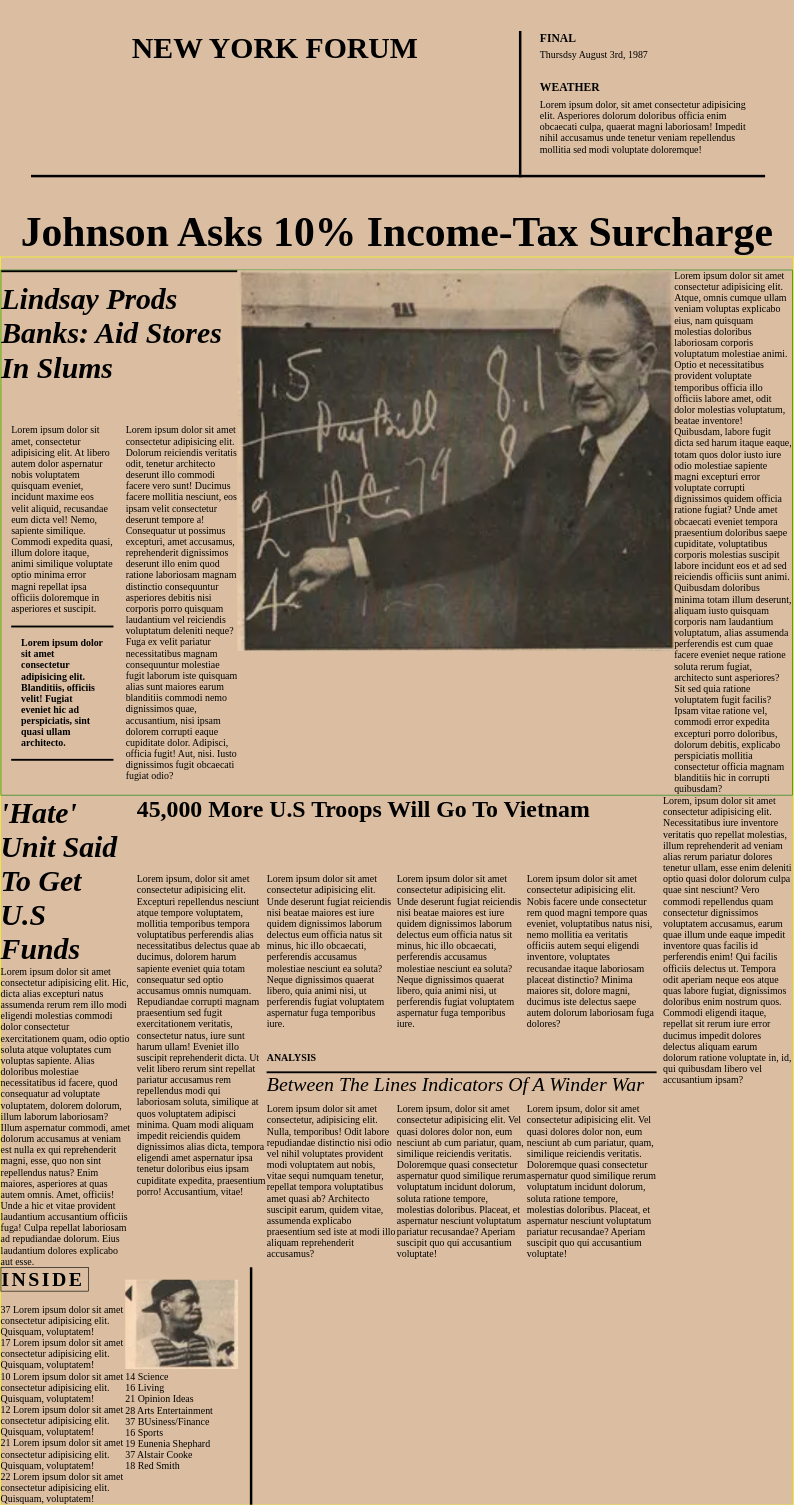
Repository: Arkitecth/newspaper-grid
Page: index.html
An editor plug-in stored every save of this project. The page is shown before and after the next save, followed by the edit.
The browser window is 1280 px wide. The pictures show the whole page, at 62% of full size.

Above is the page before, as saved 2023-05-29 22:18:34.

### index.html
<!DOCTYPE html>
<html lang="en">
<head>
    <meta charset="UTF-8">
    <meta http-equiv="X-UA-Compatible" content="IE=edge">
    <meta name="viewport" content="width=device-width, initial-scale=1.0">
    <link rel="stylesheet" href="styles.css">
    <title>News Paper</title>
</head>
<body>
    <header id="header">
        <div>
            <h1>New York Forum</h1>
        </div>
        <div class="aside">
            <h3>Final</h3>
            <p>Thursdsy August 3rd, 1987</p>

            <h3>Weather</h3>
            <p>Lorem ipsum dolor, sit amet consectetur adipisicing elit. Asperiores dolorum doloribus officia enim obcaecati culpa, quaerat magni laboriosam! Impedit nihil accusamus unde tenetur veniam repellendus mollitia sed modi voluptate doloremque!</p>
        </div>
        <div class="divider"></div>
        <div class="divider"></div>
    </header>
    <main>
        <h2>Johnson Asks 10% Income-Tax Surcharge</h2>
        <div class="main-grid">
            <div class="first-row">
                <div class="sub-grid">
                    <h3>Lindsay Prods Banks: Aid Stores in Slums</h3>
                    <div class="sub-row">
                        <div class="left">
                            <p>Lorem ipsum dolor sit amet, consectetur adipisicing elit. At libero autem dolor aspernatur nobis voluptatem quisquam eveniet, incidunt maxime eos velit aliquid, recusandae eum dicta vel! Nemo, sapiente similique. Commodi expedita quasi, illum dolore itaque, animi similique voluptate optio minima error magni repellat ipsa officiis doloremque in asperiores et suscipit.</p>
                            <br>
                            <p class="highlight">Lorem ipsum dolor sit amet consectetur adipisicing elit. Blanditiis, officiis velit! Fugiat eveniet hic ad perspiciatis, sint quasi ullam architecto.</p>
                        </div>
                        <div class="right">
                            <p>Lorem ipsum dolor sit amet consectetur adipisicing elit. Dolorum reiciendis veritatis odit, tenetur architecto deserunt illo commodi facere vero sunt! Ducimus facere mollitia nesciunt, eos ipsam velit consectetur deserunt tempore a! Consequatur ut possimus excepturi, amet accusamus, reprehenderit dignissimos deserunt illo enim quod ratione laboriosam magnam distinctio consequuntur asperiores debitis nisi corporis porro quisquam laudantium vel reiciendis voluptatum deleniti neque? Fuga ex velit pariatur necessitatibus magnam consequuntur molestiae fugit laborum iste quisquam alias sunt maiores earum blanditiis commodi nemo dignissimos quae, accusantium, nisi ipsam dolorem corrupti eaque cupiditate dolor. Adipisci, officia fugit! Aut, nisi. Iusto dignissimos fugit obcaecati fugiat odio?</p>
                        </div>
                    </div>

                </div>

                <div class="middle-content">
                    <img src="assets/teacher.png" alt="teacher teaching stuff">
                </div>

                <div class="right-content">
                    <p>Lorem ipsum dolor sit amet consectetur adipisicing elit. Atque, omnis cumque ullam veniam voluptas explicabo eius, nam quisquam molestias doloribus laboriosam corporis voluptatum molestiae animi. Optio et necessitatibus provident voluptate temporibus officia illo officiis labore amet, odit dolor molestias voluptatum, beatae inventore! Quibusdam, labore fugit dicta sed harum itaque eaque, totam quos dolor iusto iure odio molestiae sapiente magni excepturi error voluptate corrupti dignissimos quidem officia ratione fugiat? Unde amet obcaecati eveniet tempora praesentium doloribus saepe cupiditate, voluptatibus corporis molestias suscipit labore incidunt eos et ad sed reiciendis officiis sunt animi. Quibusdam doloribus minima totam illum deserunt, aliquam iusto quisquam corporis nam laudantium voluptatum, alias assumenda perferendis est cum quae facere eveniet neque ratione soluta rerum fugiat, architecto sunt asperiores? Sit sed quia ratione voluptatem fugit facilis? Ipsam vitae ratione vel, commodi error expedita excepturi porro doloribus, dolorum debitis, explicabo perspiciatis mollitia consectetur officia magnam blanditiis hic in corrupti quibusdam?</p>
                </div>
            </div>


            <div class="second-row">
                <div class="first">
                    <h3>'Hate' Unit Said to Get U.S Funds</h3>
                    <p>Lorem ipsum dolor sit amet consectetur adipisicing elit. Hic, dicta alias excepturi natus assumenda rerum rem illo modi eligendi molestias commodi dolor consectetur exercitationem quam, odio optio soluta atque voluptates cum voluptas sapiente. Alias doloribus molestiae necessitatibus id facere, quod consequatur ad voluptate voluptatem, dolorem dolorum, illum laborum laboriosam? Illum aspernatur commodi, amet dolorum accusamus at veniam est nulla ex qui reprehenderit magni, esse, quo non sint repellendus natus? Enim maiores, asperiores at quas autem omnis. Amet, officiis! Unde a hic et vitae provident laudantium accusantium officiis fuga! Culpa repellat laboriosam ad repudiandae dolorum. Eius laudantium dolores explicabo aut esse.</p>
                </div>
                <div class="middle">
                    <h3>45,000 More U.S Troops will go to vietnam</h3>
                    <div class="middle-grid">
                        <p class="span-paragraph">Lorem ipsum, dolor sit amet consectetur adipisicing elit. Excepturi repellendus nesciunt atque tempore voluptatem, mollitia temporibus tempora voluptatibus perferendis alias necessitatibus delectus quae ab ducimus, dolorem harum sapiente eveniet quia totam consequatur sed optio accusamus omnis numquam. Repudiandae corrupti magnam praesentium sed fugit exercitationem veritatis, consectetur natus, iure sunt harum ullam! Eveniet illo suscipit reprehenderit dicta. Ut velit libero rerum sint repellat pariatur accusamus rem repellendus modi qui laboriosam soluta, similique at quos voluptatem adipisci minima. Quam modi aliquam impedit reiciendis quidem dignissimos alias dicta, tempora eligendi amet aspernatur ipsa tenetur doloribus eius ipsam cupiditate expedita, praesentium porro! Accusantium, vitae!</p>
                        <p>Lorem ipsum dolor sit amet consectetur adipisicing elit. Unde deserunt fugiat reiciendis nisi beatae maiores est iure quidem dignissimos laborum delectus eum officia natus sit minus, hic illo obcaecati, perferendis accusamus molestiae nesciunt ea soluta? Neque dignissimos quaerat libero, quia animi nisi, ut perferendis fugiat voluptatem aspernatur fuga temporibus iure.</p>
                        <p>Lorem ipsum dolor sit amet consectetur adipisicing elit. Unde deserunt fugiat reiciendis nisi beatae maiores est iure quidem dignissimos laborum delectus eum officia natus sit minus, hic illo obcaecati, perferendis accusamus molestiae nesciunt ea soluta? Neque dignissimos quaerat libero, quia animi nisi, ut perferendis fugiat voluptatem aspernatur fuga temporibus iure.</p>
                       <p>Lorem ipsum dolor sit amet consectetur adipisicing elit. Nobis facere unde consectetur rem quod magni tempore quas eveniet, voluptatibus natus nisi, nemo mollitia ea veritatis officiis autem sequi eligendi inventore, voluptates recusandae itaque laboriosam placeat distinctio? Minima maiores sit, dolore magni, ducimus iste delectus saepe autem dolorum laboriosam fuga dolores?</p>
                        <div class="bottom-grid">
                            <h4>Analysis</h4>
                            <h3>Between the Lines Indicators of a Winder War</h3>
                            <div class="last-bottom-row">
                                <p>Lorem ipsum dolor sit amet consectetur, adipisicing elit. Nulla, temporibus! Odit labore repudiandae distinctio nisi odio vel nihil voluptates provident modi voluptatem aut nobis, vitae sequi numquam tenetur, repellat tempora voluptatibus amet quasi ab? Architecto suscipit earum, quidem vitae, assumenda explicabo praesentium sed iste at modi illo aliquam reprehenderit accusamus?</p>
                                <p>Lorem ipsum, dolor sit amet consectetur adipisicing elit. Vel quasi dolores dolor non, eum nesciunt ab cum pariatur, quam, similique reiciendis veritatis. Doloremque quasi consectetur aspernatur quod similique rerum voluptatum incidunt dolorum, soluta ratione tempore, molestias doloribus. Placeat, et aspernatur nesciunt voluptatum pariatur recusandae? Aperiam suscipit quo qui accusantium voluptate!</p>
                                <p>Lorem ipsum, dolor sit amet consectetur adipisicing elit. Vel quasi dolores dolor non, eum nesciunt ab cum pariatur, quam, similique reiciendis veritatis. Doloremque quasi consectetur aspernatur quod similique rerum voluptatum incidunt dolorum, soluta ratione tempore, molestias doloribus. Placeat, et aspernatur nesciunt voluptatum pariatur recusandae? Aperiam suscipit quo qui accusantium voluptate!</p>
                            </div>

                        </div>

                    </div>

                </div>
                <div class="last">
                    <p>Lorem, ipsum dolor sit amet consectetur adipisicing elit. Necessitatibus iure inventore veritatis quo repellat molestias, illum reprehenderit ad veniam alias rerum pariatur dolores tenetur ullam, esse enim deleniti optio quasi dolor dolorum culpa quae sint nesciunt? Vero commodi repellendus quam consectetur dignissimos voluptatem accusamus, earum quae illum unde eaque impedit inventore quas facilis id perferendis enim! Qui facilis officiis delectus ut. Tempora odit aperiam neque eos atque quas labore fugiat, dignissimos doloribus enim nostrum quos. Commodi eligendi itaque, repellat sit rerum iure error ducimus impedit dolores delectus aliquam earum dolorum ratione voluptate in, id, qui quibusdam libero vel accusantium ipsam?</p>
                </div>
            </div>




            <div class="third-row">
                <div class="first-column">
                    <div class="first">
                        <h3>Inside</h3>
                        <p>37 Lorem ipsum dolor sit amet consectetur adipisicing elit. Quisquam, voluptatem!</p>
                        <p>17 Lorem ipsum dolor sit amet consectetur adipisicing elit. Quisquam, voluptatem!</p>
                        <p>10 Lorem ipsum dolor sit amet consectetur adipisicing elit. Quisquam, voluptatem!</p>
                        <p>12 Lorem ipsum dolor sit amet consectetur adipisicing elit. Quisquam, voluptatem!</p>
                        <p>21 Lorem ipsum dolor sit amet consectetur adipisicing elit. Quisquam, voluptatem!</p>
                        <p>22 Lorem ipsum dolor sit amet consectetur adipisicing elit. Quisquam, voluptatem!</p>
                    </div>
                    <div class="second">
                        <img class="person-img" src="assets/person.png" alt="Newspaper">
                        <p>14 Science</p>
                        <p>16 Living</p>
                        <p>21 Opinion Ideas</p>
                        <p>28 Arts Entertainment</p>
                        <p>37 BUsiness/Finance</p>
                        <p>16 Sports</p>
                        <p>19 Eunenia Shephard</p>
                        <p>37 Alstair Cooke</p>
                        <p>18 Red Smith</p>
                    </div>
                </div>

                <div class="second-column">

                </div>

                <div class="third-column">

                </div>

            </div>
        </div>
    </main>

</body>
</html>

### styles.css
* {
    padding: 0;
    margin: 0;
}

body {
    background-color: #dbbea1;
    max-width: 1500px;
}

h1,h3 {
    text-transform: uppercase;
}
#header {
    padding: 3.125rem;
    display: grid;
    grid-template-columns: 2fr 1fr;
}


/* Header */
#header h1 {
    text-align: center;
    font-size: 3rem;
}

h2 {
    text-align: center;
    width: 100%;
    font-size: 4.2rem;
}

.aside {
    border-left: 4px solid black;
    padding-left: 30px;
}

.aside p {
    padding-top: 0.5rem;
    margin-bottom: 2rem;
}

.divider {
    border: 2px solid black;
    width: 100%;
}

.main-grid{
    display: grid;
    grid-template-rows: auto auto auto;
    padding-top: 20px;
    border: 1px solid yellow

}

/* First Row */
.first-row {
    display: grid;
    grid-template-columns: 2fr 3fr 1fr;
    border: 1px solid green;
}



.sub-grid {
    display: grid;
    grid-template-rows: auto;
    gap: 20px;
}

.sub-row {
    display: grid;
    grid-template-columns: 1fr 1fr;
    gap: 20px;
}

.sub-grid  h3 {
    font-size: 3rem;
    font-style: italic;
    border-top: 3px solid black;
    padding-bottom: 1.5rem;
    padding-top: 1rem;
    text-transform: capitalize;

}
.left{
    padding-left: 1rem;
}

.highlight {
    font-weight: bold;
    border-top: 3px solid black;
    padding: 1rem;
    border-bottom: 3px solid black;
}


/* Second Row */
.second-row {
    display: grid;
    grid-template-columns: 1fr 4fr 1fr;
    gap: 10px;
}


.first h3 {
    font-size: 3rem;
    font-style: italic;
    text-transform: capitalize;
}

.middle {
    display: grid;
    grid-template-rows: auto;
    row-gap: 10px;
}

.middle-grid {
    display: grid;
    grid-template-columns: 1fr 1fr 1fr 1fr;
    gap: 2px;
}

.middle h3 {
    font-size: 2.4rem;
    text-transform: capitalize;
}

.bottom-grid {
    display: grid;
    grid-template-rows: auto auto auto;
    grid-row: 2 ;
    grid-column: 2/span 4;
}

.bottom-grid h3 {
    font-style: italic;
    font-size: 2rem;
    font-weight: lighter;
}
.bottom-grid h4 {
    text-transform: uppercase;
    border-bottom: 3px solid black;
}

.last-bottom-row {
    display: grid;
    grid-template-columns: 1fr 1fr 1fr;
}

.span-paragraph {
    grid-row: 1 / span 2;
}

/* Third Row */
.third-row {
    display: grid;
    grid-template-columns: 1fr 1fr 1fr;
    gap: 30px;
}

.first-column {
    display: grid;
    grid-template-columns: 1fr 1fr;
    border-right: 4px solid black;
    border-top: 1p;
}

.first-column h3{
    font-style: normal;
    font-size: 2rem;
    letter-spacing: 0.25rem;
    border: 1px solid black;
    width: 140px;
    margin-bottom: 20px;
    text-transform: uppercase;
}
.person-img {
    margin-top: 20px;
}

After the next save:
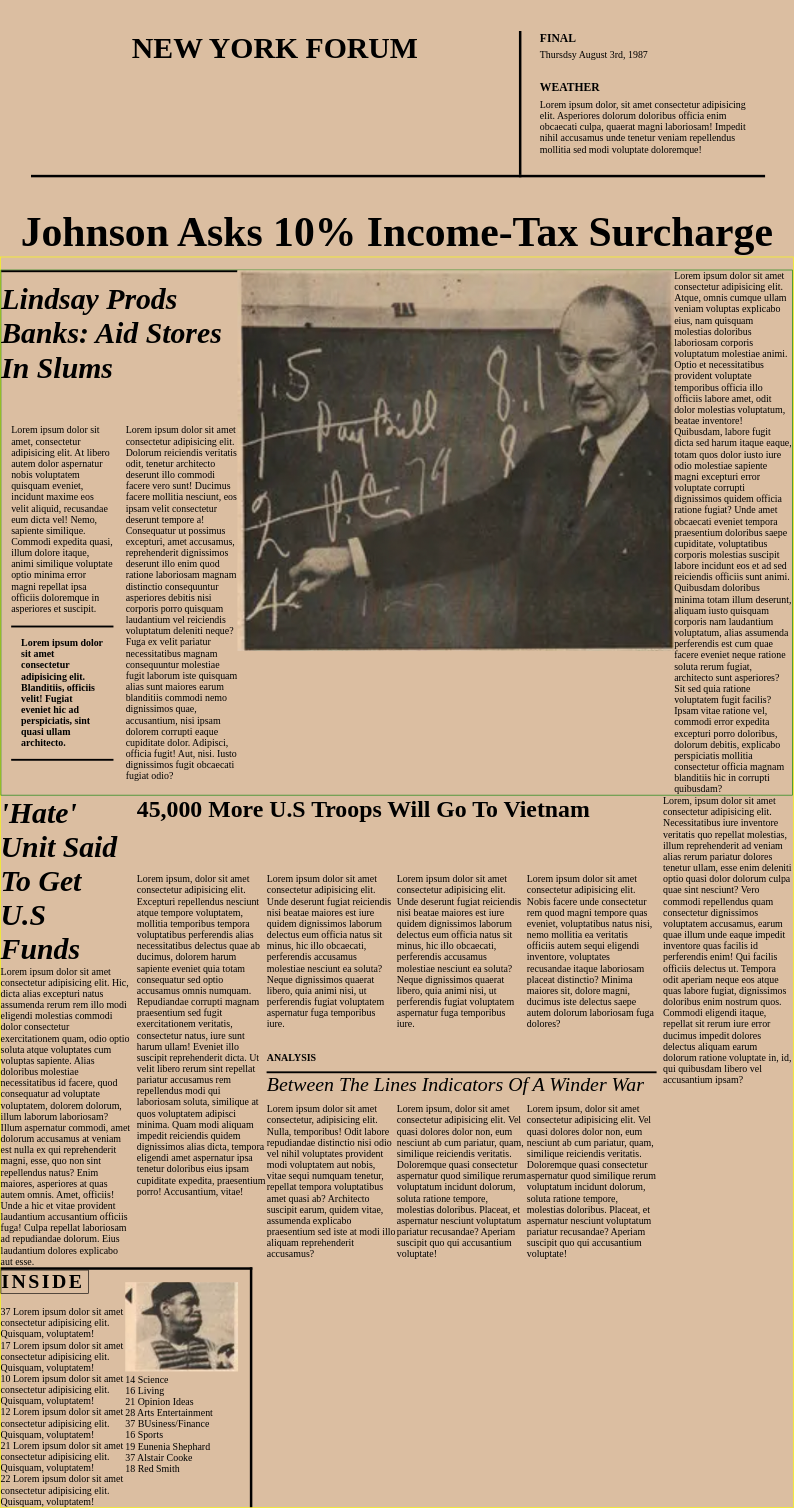
Saved 23 s later.
--- a/styles.css
+++ b/styles.css
@@ -163,7 +163,7 @@
     display: grid;
     grid-template-columns: 1fr 1fr;
     border-right: 4px solid black;
-    border-top: 1p;
+    border-top: 4px solid black;
 }
 
 .first-column h3{
